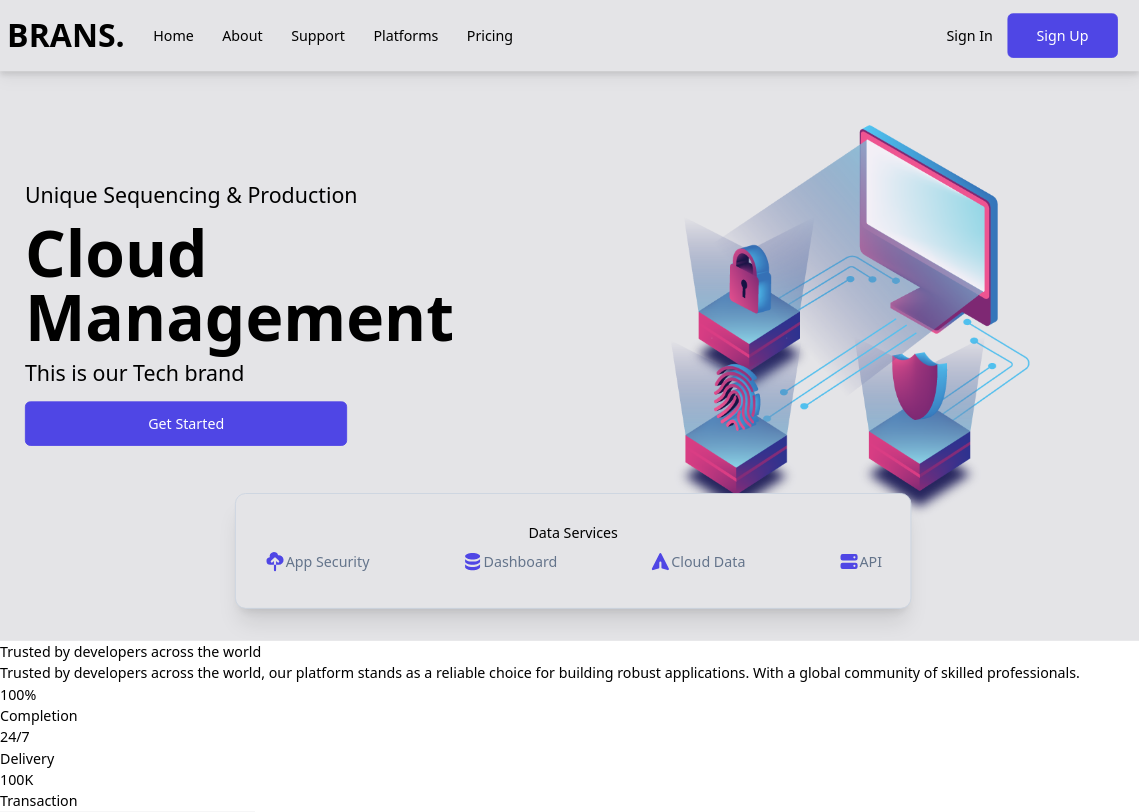
Repository: adrcstro/react-project-2
Page: /
These files come from the project's save history. The page is drawn as it stood at one moment and after the next save; the edit follows.
The browser window is 1280 px wide. The pictures show the whole page, at 89% of full size.
The project was rebuilt for these pictures with package versions that can differ from the ones it lists, and the page was loaded fresh each time.

Above is the page before, as saved 2024-08-15 19:35:22.

### src/index.js
import React from 'react';
import ReactDOM from 'react-dom/client';
import './index.css';
import App from './App';

const root = ReactDOM.createRoot(document.getElementById('root'));
root.render(

    <App />

);

### src/index.css
@tailwind base;
@tailwind components;
@tailwind utilities;

@layer base{
    li{
       @apply p-4
    }
    button{
        @apply text-white border bg-indigo-600 border-indigo-600
        hover:bg-transparent hover:text-indigo-600 rounded-md
    }
}

### src/App.js
import About from "./components/About";
import Hero from "./components/Hero";
import Navbar from "./components/Navbar";



function App() {
  return (
    <>
<Navbar/>
<Hero/>
<About />
    </>

  );
}

export default App;

### src/components/About.jsx
import React from 'react'

function About() {
  return (
    <div>
        <div>
          <div>
            <h2>Trusted by developers across the world</h2>
            <p>Trusted by developers across the world, our platform stands as a reliable choice for building robust
             applications. With a global community of skilled professionals.</p>
          </div>
          <div>
             <div>
              <p>100%</p>
              <p>Completion</p>
             </div>
             <div>
              <p>24/7</p>
              <p>Delivery</p>
             </div>
             <div>
              <p>100K</p>
              <p>Transaction</p>
             </div>
          </div>
        </div>
    </div>
  )
}

export default About

### src/components/Hero.jsx
import React from 'react'
import {
  CloudUploadIcon,
  DatabaseIcon,
  PaperAirplaneIcon,
  ServerIcon,
} from '@heroicons/react/solid'

import bgImg from '../assets/cyber-bg.png'

function Hero() {
  return (
    <div className='w-full h-screen bg-zinc-200 flex flex-col justify-between'>
<div className='grid md:grid-cols-2 max-w-[1240px] m-auto'>
       <div className='flex flex-col justify-center md:items-start w-full px-2 py-8'>
        <p className='text-2xl'>Unique Sequencing & Production</p>
        <h1 className='py-3 text-5xl md:text-7xl font-bold'>Cloud Management</h1>
        <p className='text-2xl'>This is our Tech brand</p>
        <button className='py-3 px-6 sm:w-[60%] my-4 '>Get Started</button>
       </div>
       <div>
    <img className='w-full' src={bgImg} alt='/' />
       </div>
<div className='absolute flex flex-col py-8 md:min-w-[760px] bottom-[5%] mx-1 md:left-1/2
transform md:-translate-x-1/2 bg-zinc-200 border border-slate-300 rounded-xl text-center shadow-xl '>
  <p>Data Services</p>
  <div className='flex justify-between flex-wrap px-4'>
    <p className='flex px-4 py-2 text-slate-500'><CloudUploadIcon className='h-6 text-indigo-600' /> App Security</p>
    <p className='flex px-4 py-2 text-slate-500'><DatabaseIcon className='h-6 text-indigo-600' /> Dashboard</p>
    <p className='flex px-4 py-2 text-slate-500'><PaperAirplaneIcon className='h-6 text-indigo-600' /> Cloud Data</p>
    <p className='flex px-4 py-2 text-slate-500'><ServerIcon className='h-6 text-indigo-600' /> API</p>
  </div>
</div>
</div>
    </div>
  )
}

export default Hero

### src/components/Navbar.jsx
import React ,{useState} from 'react'
import {MenuIcon, XIcon} from '@heroicons/react/outline'

function Navbar() {

const [nav, setNav] = useState(false)
const handleClick = () => setNav(!nav)



  return (
    <div className='w-screen h-[80px] z-10 bg-zinc-200 fixed drop-shadow-lg'>
    <div className='px-2 flex justify-between items-center  w-full h-full'>
<div className='flex items-center'>
  <h1 className='text-3xl font-bold mr-4 sm:text-4xl'>BRANS.</h1>
  <ul className='hidden  md:flex'>
<li>Home</li>
<li>About</li>
<li>Support</li>
<li>Platforms</li>
<li>Pricing</li>
  </ul>
</div>
<div className='hidden md:flex pr-4'>
  <button className='border-none bg-transparent text-black mr-4'>Sign In</button>
  <button className='px-8 py-3'>Sign Up</button>
</div>

    <div  className='md:hidden' onClick={handleClick}>
    {!nav ? <MenuIcon className="w-5"/> : <XIcon className='w-5'/>}

    </div>
    </div>
<ul className={!nav ? 'hidden' : 'absolute bg-zinc-200 w-full px-8'}>
<li className='border-b-2 border-zinc-300 w-full'>Home</li>
<li className='border-b-2 border-zinc-300 w-full'>About</li>
<li className='border-b-2 border-zinc-300 w-full'>Support</li>
<li className='border-b-2 border-zinc-300 w-full'>Platforms</li>
<li className='border-b-2 border-zinc-300 w-full'>Pricing</li>
<div className='flex flex-col my-4'>
<button className='bg-transparent  text-indigo-600 px-8 py-3 mb-4'>Sign In</button>
<button className='px-8 py-3'>Sign Up</button>
</div>
</ul>

    </div>

  )
}

export default Navbar

Loaded but not shown: public/index.html (common file); tailwind.config.js (common file)

After the next save:
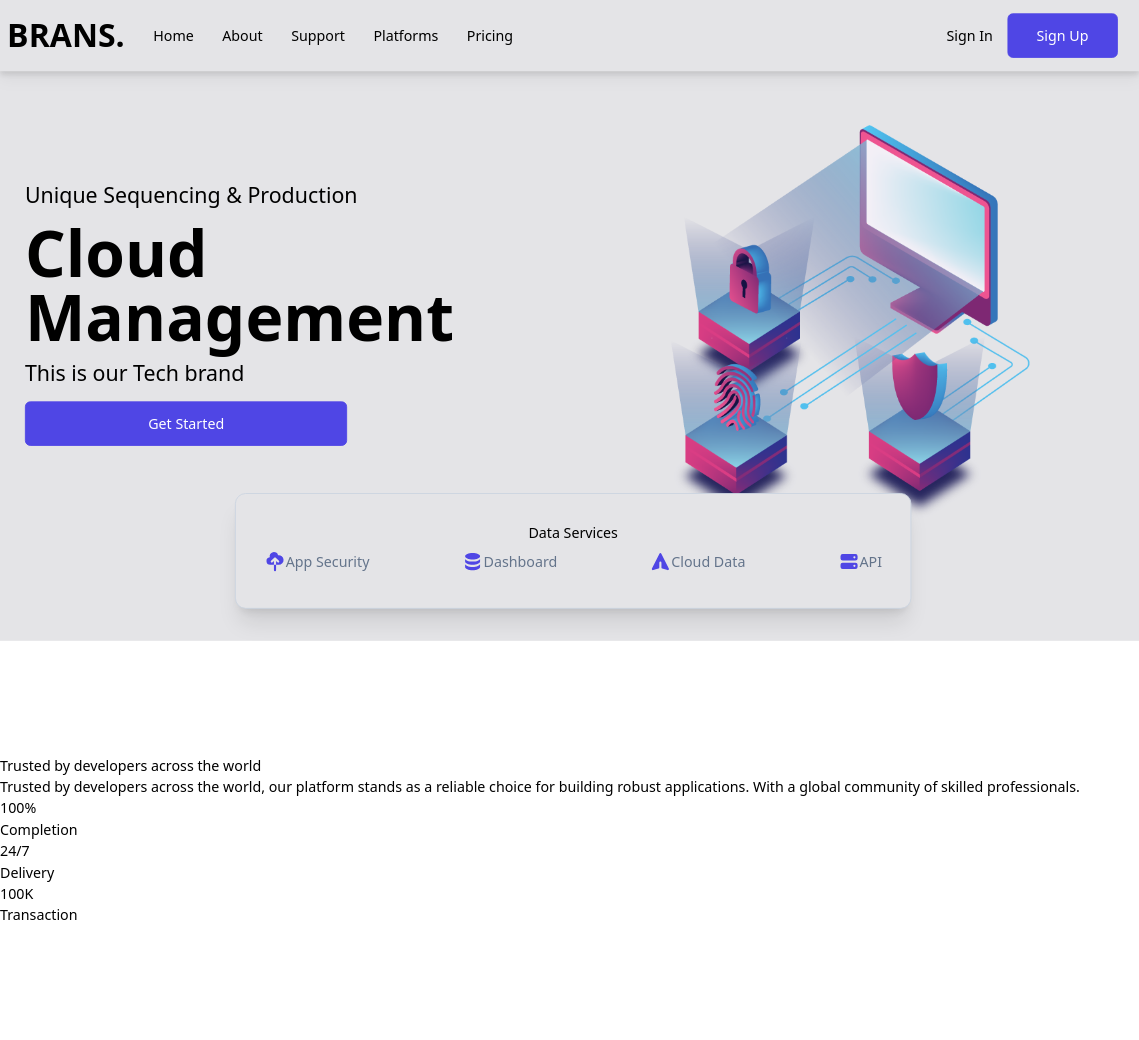
Saved 22 s later.
--- a/src/components/About.jsx
+++ b/src/components/About.jsx
@@ -2,7 +2,7 @@ import React from 'react'
 
 function About() {
   return (
-    <div>
+    <div className='w-full my-32'>
         <div>
           <div>
             <h2>Trusted by developers across the world</h2>
